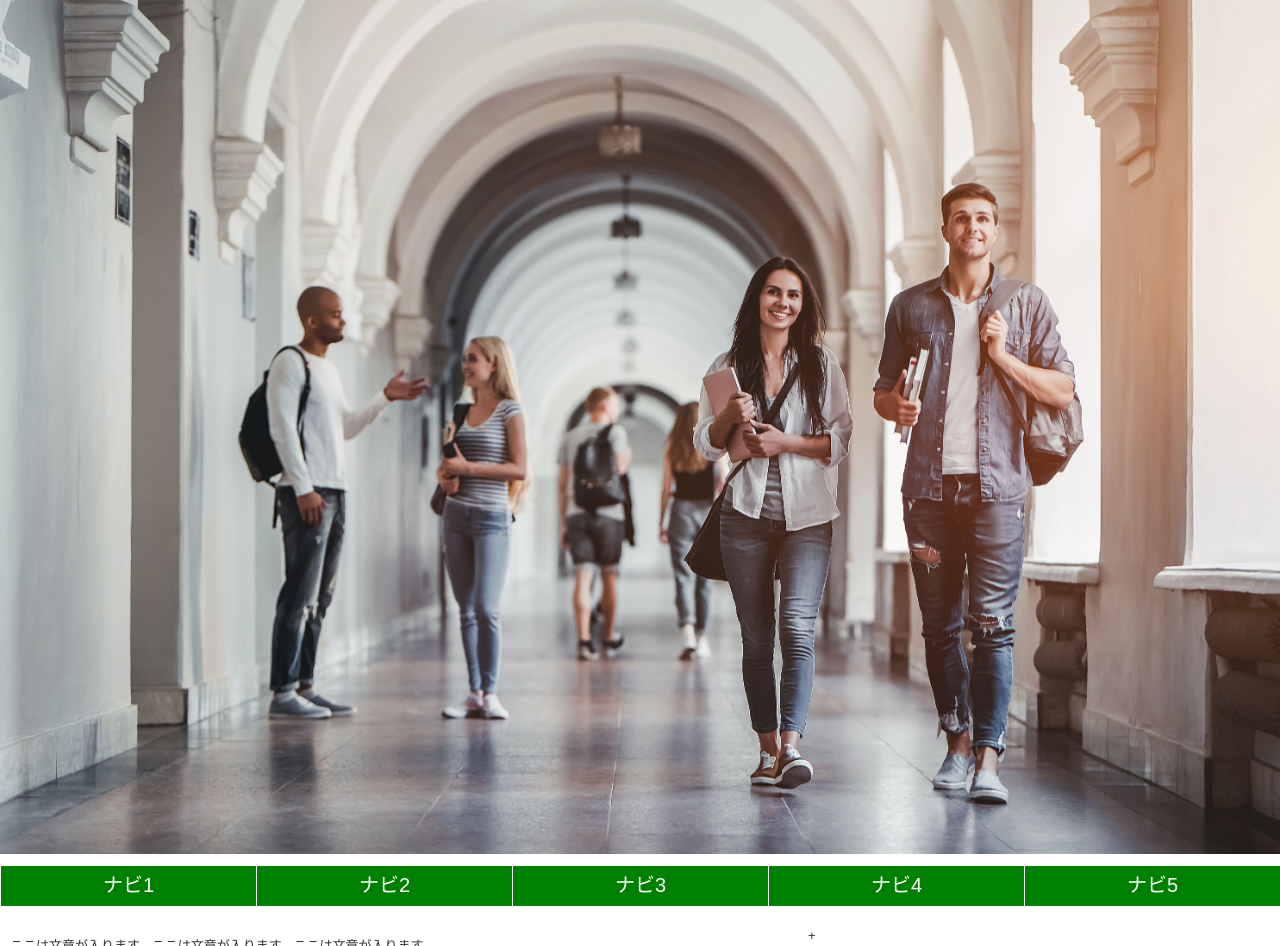
Repository: takunn42/samurai_HTML-CSS
Page: home.html
The author's editor kept a record of every edit. The page is drawn from the files as they stood at one moment, then again after the next edit.
The browser window is 1280 px wide. The pictures show the part of the page from y = 0 to 946 px (the page is 1608 px tall before and 1589 px after).
Pictures or frames that could not be fetched are drawn as grey boxes.

Above is the page before.

### home.html
<!DOCTYPE html>
        <!--質問:このファイルはスタイルシートのファイルとどうやって関連付けされていますか？ -->
        <!--解答:linkタグの中でstylesheet.cssファイルをスタイルシートとして関連付けている。 -->
<html lang="ja">
    <head>
        <meta charset="UTF-8">
        <!--metaタグとは、文書に多くのメタデータを表す。-->
        <!--文字コードとは、文字に割り当てるバイト表現-->
        <title>HTML/CSSの学習</title>
        <!--titleは文章にタイトルを付けるタグです-->
        <link rel="stylesheet" href="stylesheet.css">

    </head>
    <body>
        <div id="header">
            <h1><a href="index.html"><img id="corridor" src="images/corridor.jpg" alt="大学の廊下" /></a></h1>
        </div>
        <div id="wrapper">
            <!--idは要素に対して固有の識別名を付けることができる属性です-->
                        <div id="nav">
                <ul>
                    <li><a href="home.html">ナビ1</a></li>
                    <li><a href="#">ナビ2</a></li>
                    <li><a href="#">ナビ3</a></li>
                    <li><a href="#">ナビ4</a></li>
                    <li><a href="#">ナビ5</a></li>
                </ul>
            </div>
            <div id="container">
                <div id="main">
                    <div class="post">
                        <p>ここは文章が入ります。ここは文章が入ります。ここは文章が入ります。<br />今は、適当な文章を入れてあります。これをダミーテキストといいます。</p>
                    </div>
                    <div class="post clearfix">
                        <h2>小見出し1</h2>
                        <img class="left" src="images/classroom.jpg" alt="授業風景" />
                        <p>
                            コンテンツ1の本文になります。コンテンツ1の本文になります。コンテンツ1の本文になります。コンテンツ1の本文になります。
                            コンテンツ1の本文になります。コンテンツ1の本文になります。コンテンツ1の本文になります。コンテンツ1の本文になります。
                        </p>
                        <p><a href="#">→コンテンツ1のページへ</a></p>
                    </div>
                    <div class="post clearfix">
                        <h2>小見出し2</h2>
                        <img class="right" src="images/scale.jpg" alt="天秤" />
                        <p>
                            コンテンツ2の本文になります。コンテンツ2の本文になります。コンテンツ2の本文になります。コンテンツ2の本文になります。
                            コンテンツ2の本文になります。コンテンツ2の本文になります。コンテンツ2の本文になります。コンテンツ2の本文になります。
                        </p>
                    </div>
+                </div>
+            </div>
        </div>
          <div id="footer">
            <p>&copy; 20xx ○○ All Rights Reserved.</p>
          </div>
    </body>
</html>

### stylesheet.css
@charset "utf-8";

body {
	margin: 0;
	padding: 0;
	font-family: "ヒラギノ角ゴ Pro W3", "Hiragino Kaku Gothic Pro", "メイリオ", Meiryo, Osaka, "ＭＳ Ｐゴシック", "MS PGothic", sans-serif;
	color: #333;
	font-size: 13px;
	line-height: 150%;
}

/* -------------------- wrapper -------------------- */
#wrapper {
	width: 100%;
	margin: auto;
	padding: 0px;
	border: 0px;
	background-color: #FFF;
	top: 10px;
	position: relative;
}

/* -------------------- header -------------------- */
#header {
	width: 100%;
}
#header h1 {
	margin: 0;
	padding: 0;
}

#corridor {
	width: 100%;
	height: auto;
}

/* -------------------- footer -------------------- */
#footer {
	clear: both;
	width: 100%;
	padding: 3px 0 3px 0;
	background: #39F;
	color: #FFF;
	font-weight: bold;
	text-align: center;
}

/* -------------------- nav -------------------- */
#nav {
	width: 100%;
}
#nav ul {
	margin: 0;
	padding: 0;
	list-style-type: none;
}
#nav ul li {
	float: left;
	width: 20%;
	text-align: center;
}
#nav ul li a {
	display: block;
	height: 20px;
	margin: 0;
	padding: 10px;
	color: #FFF;
	font-size: 20px;
	text-decoration: none;
	background-color: green;
    border-left: 1px solid white;
}

#nav ul li a:hover {
	filter: drop-shadow(10px 10px 10px black);
}

/* -------------------- container -------------------- */
#container {
	width: 100%;
	margin: auto ;
	padding: auto;
	padding-top: 20px;
	clear: both;
}
/* -------------------- main -------------------- */
#main {
	float: left;
	width: 60%;
	padding: 10px 30px 10px 10px;
}
#main h2 {
	margin: 0 0 10px 0;
	padding: 3px 10px 3px 10px;
	color: #FFF;
	font-size: 16px;
	border-left: solid 10px #C00;
	background: #F90 url(../images/main_h2.jpg) right top repeat-y;
}
#main p {
	margin: 0;
	padding: 0;
}
#main .post {
	margin: 0 0 30px 0;
}

#main .post img.right {
	margin: 0 0 0 8px;
}
#main .post img.left {
	margin: 0 8px 0 0;
}

.right {
	float: right;
	width: 40%;
	height: auto;
}
.left {
	float: left;
	width: 40%;
	height: auto;
}

/* -------------------- clearfix -------------------- */
.clearfix {
	zoom: 1;
}
.clearfix:after{
	content: "";
	display: block;
	clear: both;
}

/* -------------------- side -------------------- */
#side {
	float: right;
	width: 30%;
	padding: 20px;
	background-color: #F99;
}
#side .box {
	margin: 0 auto 30px auto;
	padding: 0 0 20px 0;
	background: url(images/side_box.png) bottom no-repeat;
}
#side .box h2 {
	margin: 0;
	padding: 8px;
	text-align: center;
	color: #fff;
	font-size: 16px;
	line-height: 16px;
	font-weight: normal;
	background: url(images/side_box_h2.png) center no-repeat;
}
#side .box .boxBody {
	padding: 8px;
	border-right: solid 1px #C36;
	border-bottom: solid 1px #C36;
	border-left: solid 1px #C36;
	background: #fff;
}
#side .box .boxBody ul {
	margin: 0 0 16px 0;
	padding: 0;
}
#side .box .boxBody ul li {
	padding: 8px 0 8px 4px;
	list-style: none;
	border-bottom: solid 1px #C36;
}

After the next edit:
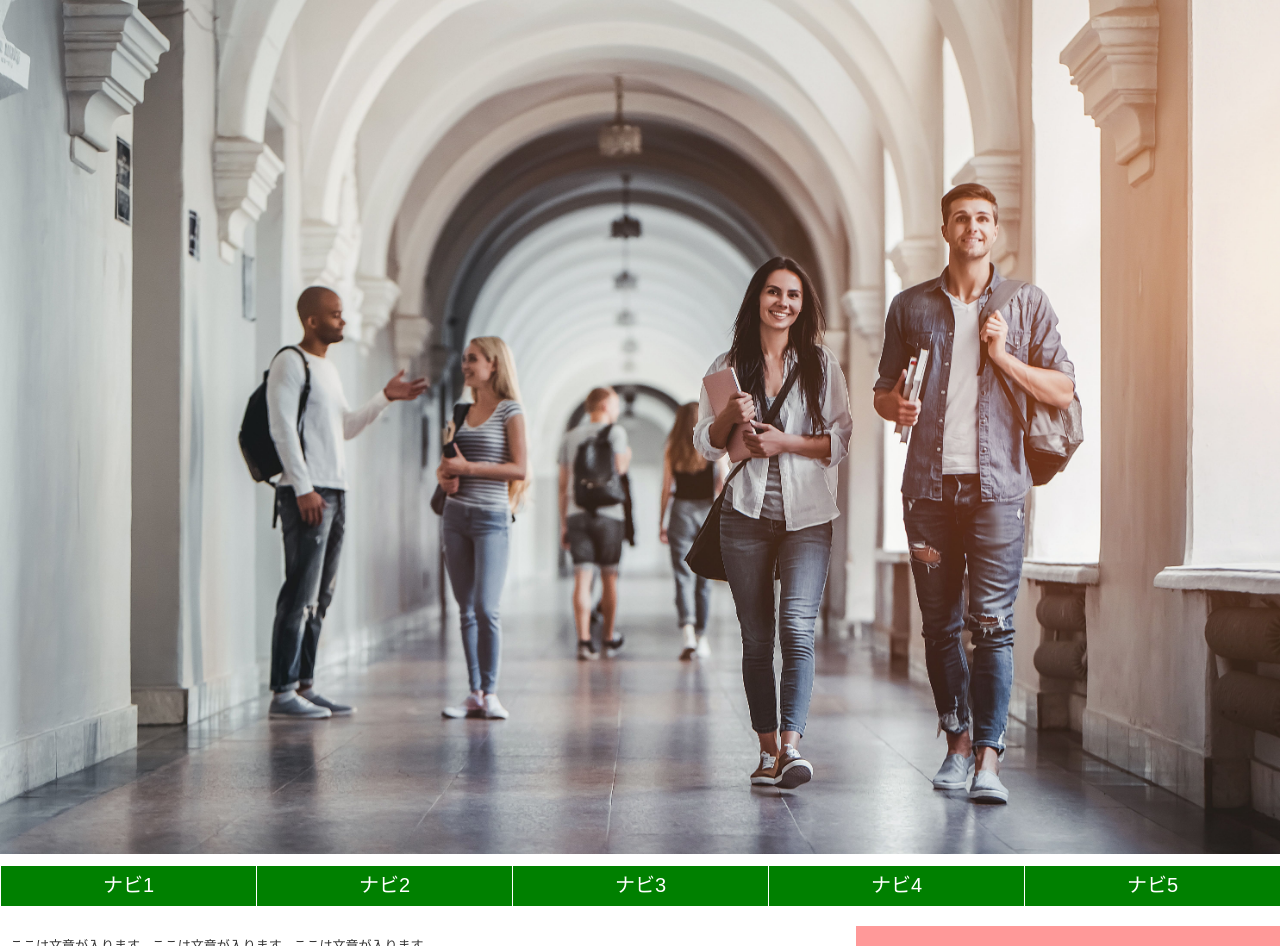
The edit:
--- a/home.html
+++ b/home.html
@@ -48,8 +48,32 @@
                             コンテンツ2の本文になります。コンテンツ2の本文になります。コンテンツ2の本文になります。コンテンツ2の本文になります。
                         </p>
                     </div>
-+                </div>
-+            </div>
+                </div>
+                <div id="side">
+                    <div class="box">
+                        <h2>サイドメニュー1</h2>
+                        <div class="boxBody">
+                            <ul>
+                                <li>項目1</li>
+                                <li>項目2</li>
+                                <li>項目3</li>
+                                <li>項目4</li>
+                            </ul>
+                        </div>
+                    </div>
+                    <div class="box">
+                        <h2>サイドメニュー2</h2>
+                        <div class="boxBody">
+                            <ul>
+                                <li>項目1</li>
+                                <li>項目2</li>
+                                <li>項目3</li>
+                                <li>項目4</li>
+                            </ul>
+                        </div>
+                    </div>
+                </div>
+            </div>
         </div>
           <div id="footer">
             <p>&copy; 20xx ○○ All Rights Reserved.</p>
